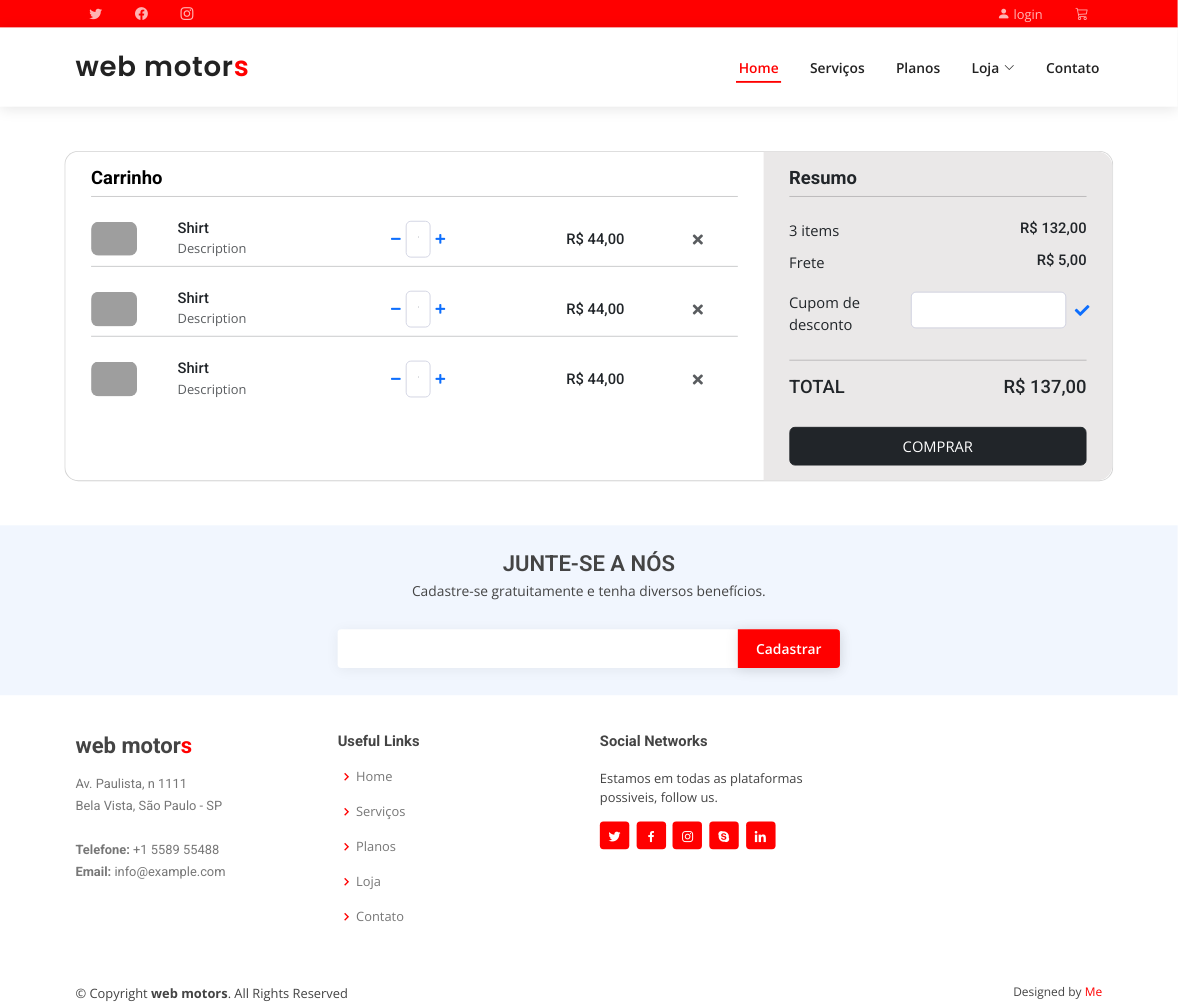
Repository: 01nethy/WebMotors
Page: cart.html
The author's editor kept a copy of each file at every save. The page is drawn from the files as they stood at one save, then again after the next save.
The browser window is 1280 px wide. The pictures show the whole page, at 92% of full size.
Pictures or frames that could not be fetched are drawn as grey boxes. Some web libraries are served in a nearby version.

Above is the page before, as saved 2023-12-07 14:25:20.
Console error: TypeError: Cannot read properties of undefined (reading 'fn')

After the next save:
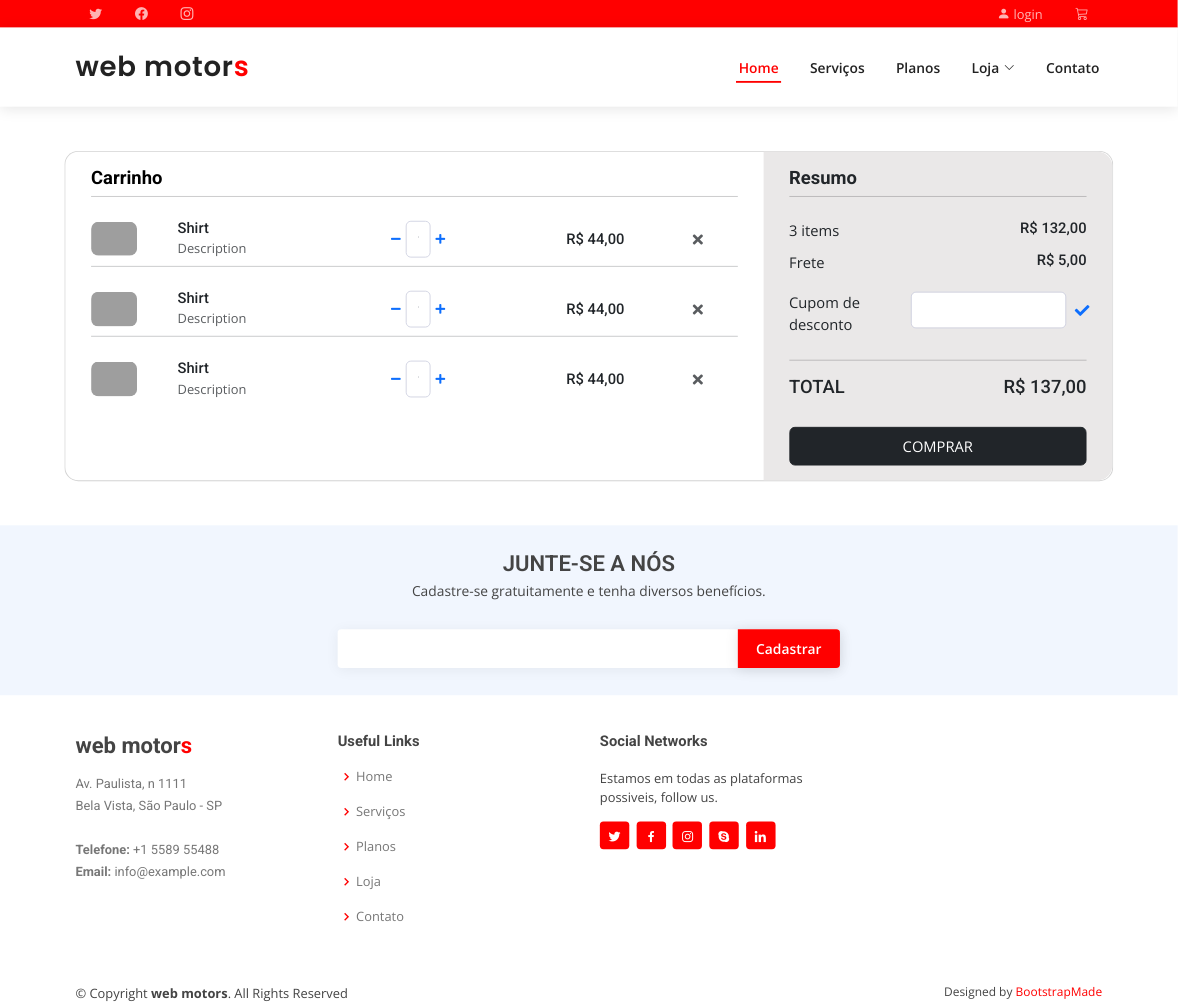
Saved 59 s later.
--- a/cart.html
+++ b/cart.html
@@ -37,37 +37,38 @@
 </head>
 
 <body>
-   <!-- ======= Top Bar ======= -->
-   <section id="topbar" class="d-flex align-items-center">
-    <div id="topajust" class="container d-flex">
-      <div class="social-links col-6 ">
-        <a href="#" class="twitter m-0"><i class="bi bi-twitter"></i></a>
-        <a href="#" class="facebook"><i class="bi bi-facebook"></i></a>
-        <a href="#" class="instagram"><i class="bi bi-instagram"></i></a>
-        <!-- <a href="#" class="linkedin"><i class="bi bi-linkedin"></i></i></a> -->
-      </div>
-      <div class="social-links col-6 text-end">
-        <a href="login.html"><i class="bi bi-person-fill"></i> login </a>
-        <a href="cart.html"> <i class="bi bi-cart3"></i></a>
-      </div>
-    </div>
-  </section>
-
-  <!-- ======= Header nav ======= -->
-  <header id="header" class="d-flex">
-    <div class="container d-flex align-items-center justify-content-between">
-      <h1 class="logo"><a href="index.html">web motor<span>s</span></a></h1>
-      <nav id="navbar" class="nav navbar justify-content-end">
-        <ul>
-          <li><a class="nav-link scrollto active" href="#hero">Home</a></li>
-          <!-- <li><a class="nav-link scrollto" href="#about">Mecanica</a></li>-->
-          <li><a class="nav-link scrollto" href="#services">Serviços</a></li>
-          <!-- <li><a class="nav-link scrollto " href="#portfolio">Aditivo</a></li>-->
-          <li><a class="nav-link scrollto" href="#pricing">Planos</a></li>
-          <li class="dropdown"><a href="produtos.html"><span>Loja</span> <i class="bi bi-chevron-down"></i></a>
-            <ul>
-              <li><a href="#">Aditivos</a></li>
-              <!-- <li class="dropdown"><a href="#"><span>Deep Drop Down</span> <i class="bi bi-chevron-right"></i></a>
+    <!-- ======= Top Bar ======= -->
+    <section id="topbar" class="d-flex align-items-center">
+        <div id="topajust" class="container d-flex">
+            <div class="social-links col-6 ">
+                <a href="#" class="twitter m-0"><i class="bi bi-twitter"></i></a>
+                <a href="#" class="facebook"><i class="bi bi-facebook"></i></a>
+                <a href="#" class="instagram"><i class="bi bi-instagram"></i></a>
+                <!-- <a href="#" class="linkedin"><i class="bi bi-linkedin"></i></i></a> -->
+            </div>
+            <div class="social-links col-6 text-end">
+                <a href="login.html"><i class="bi bi-person-fill"></i> login </a>
+                <a href="cart.html"> <i class="bi bi-cart3"></i></a>
+            </div>
+        </div>
+    </section>
+
+    <!-- ======= Header nav ======= -->
+    <header id="header" class="d-flex">
+        <div class="container d-flex align-items-center justify-content-between">
+            <h1 class="logo"><a href="index.html">web motor<span>s</span></a></h1>
+            <nav id="navbar" class="nav navbar justify-content-end">
+                <ul>
+                    <li><a class="nav-link scrollto active" href="#hero">Home</a></li>
+                    <!-- <li><a class="nav-link scrollto" href="#about">Mecanica</a></li>-->
+                    <li><a class="nav-link scrollto" href="#services">Serviços</a></li>
+                    <!-- <li><a class="nav-link scrollto " href="#portfolio">Aditivo</a></li>-->
+                    <li><a class="nav-link scrollto" href="#pricing">Planos</a></li>
+                    <li class="dropdown"><a href="produtos.html"><span>Loja</span> <i
+                                class="bi bi-chevron-down"></i></a>
+                        <ul>
+                            <li><a href="#">Aditivos</a></li>
+                            <!-- <li class="dropdown"><a href="#"><span>Deep Drop Down</span> <i class="bi bi-chevron-right"></i></a>
                 <ul>
                   <li><a href="#">Deep Drop Down 1</a></li>
                   <li><a href="#">Deep Drop Down 2</a></li>
@@ -76,17 +77,16 @@
                   <li><a href="#">Deep Drop Down 5</a></li>
                 </ul>
               </li> -->
-              <li><a href="#">Borracha</a></li>
-              <li><a href="#">Pneus</a></li>
-            </ul>
-          </li>
-          <li><a class="nav-link scrollto" href="#contact">Contato</a></li>
-        </ul>
-        <i class="bi bi-list mobile-nav-toggle"></i>
-      </nav><!-- .navbar -->
-    </div>
-  </header>
-
+                            <li><a href="#">Borracha</a></li>
+                            <li><a href="#">Pneus</a></li>
+                        </ul>
+                    </li>
+                    <li><a class="nav-link scrollto" href="#contact">Contato</a></li>
+                </ul>
+                <i class="bi bi-list mobile-nav-toggle"></i>
+            </nav><!-- .navbar -->
+        </div>
+    </header>
 
     <main id="main">
         <!-- ======= Cart ======= -->
@@ -228,16 +228,13 @@
                         </div>
                     </div>
                 </div>
-
-            </div>
-
+            </div>
         </section>
-
     </main>
 
     <!-- ======= Footer ======= -->
     <footer id="footer">
-        <div class="footer-newsletter section-bg">
+        <div class="footer-newsletter">
             <div class="container">
                 <div class="row justify-content-center">
                     <div class="col-lg-6">
@@ -250,11 +247,9 @@
                 </div>
             </div>
         </div>
-
         <div class="footer-top">
             <div class="container">
                 <div class="row">
-
                     <div class="col-lg-3 col-md-6 footer-contact">
                         <h3>web motor<span>s</span></h3>
                         <p>
@@ -265,7 +260,6 @@
                             <strong>Email:</strong> info@example.com<br>
                         </p>
                     </div>
-
                     <div class="col-lg-3 col-md-6 footer-links">
                         <h4>Useful Links</h4>
                         <ul>
@@ -276,7 +270,6 @@
                             <li><i class="bx bx-chevron-right"></i> <a href="#">Contato</a></li>
                         </ul>
                     </div>
-
                     <div class="col-lg-3 col-md-6 footer-links">
                         <h4>Social Networks</h4>
                         <p>Estamos em todas as plataformas possiveis,
@@ -289,11 +282,9 @@
                             <a href="#" class="linkedin"><i class="bx bxl-linkedin"></i></a>
                         </div>
                     </div>
-
                 </div>
             </div>
         </div>
-
         <div class="container py-4">
             <div class="copyright">
                 &copy; Copyright <strong><span>web motors</span></strong>. All Rights Reserved
@@ -303,7 +294,7 @@
                 <!-- You can delete the links only if you purchased the pro version. -->
                 <!-- Licensing information: https://bootstrapmade.com/license/ -->
                 <!-- Purchase the pro version with working PHP/AJAX contact form: https://bootstrapmade.com/web motors-bootstrap-business-template/ -->
-                Designed by <a href="">Me</a>
+                Designed by <a href="https://bootstrapmade.com/">BootstrapMade</a>
             </div>
         </div>
     </footer>
